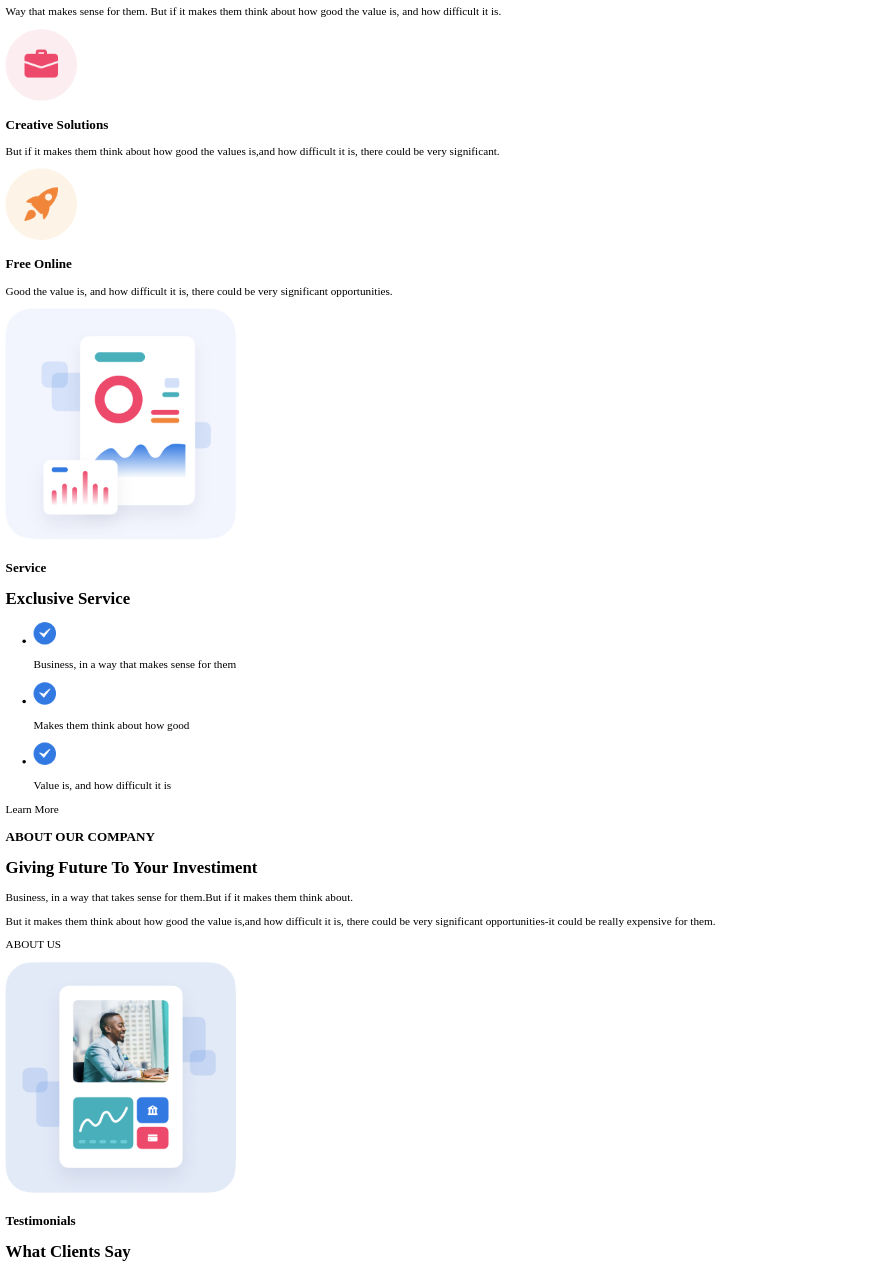
Repository: juniorAntunes910/Make-Money-Design-Avaliacao
Page: index.html
An editor plug-in stored every save of this project. The page is shown before and after a run of saves, followed by the edit.
The browser window is 1280 px wide. The pictures show the part of the page from y = 864 to 2784 px (the page is 2686 px tall before and 2784 px after), at 70% of full size.

Above is the page before, as saved 2026-03-12 10:17:52.

### index.html
<!DOCTYPE html>
<html lang="pt-br">

<head>
    <meta charset="UTF-8">
    <meta name="viewport" content="width=device-width, initial-scale=1.0">
    <title>Make Money</title>
    <link rel="stylesheet" href="style.css">
    <link rel="stylesheet" href="https://cdnjs.cloudflare.com/ajax/libs/font-awesome/6.5.1/css/all.min.css">
</head>

<body class="container">
    <header>
        <nav>
            <h1 id="header-title">
                <a href="#">
                    MNY
                </a>
            </h1>

            <div class="header-box-menu">
                <i class="fa-solid fa-bars"></i>
            </div>
        </nav>
    </header>

    <main>
        <section id="hero">
            <div id="hero-header">
                <h3 class="hero-header-subtitle">
                    MAKE MONEY
                </h3>

                <h2 class="hero-header-title">
                    Grow Your
                    Money Like
                    Never Before
                </h2>

                <p class="hero-header-description">
                    Business, in a way that makes sense for
                    them. But if it makes them think about how
                    good the value.
                </p>
            </div>

            <div id="hero-btn">
                <p>Get Started</p>
            </div>

            <div id="hero-img-box">
                <img src="Assets/Mobile/hero/main-content-img-manCoffe-Mobile.png" alt="Imagem de um homem com roupa de escritorio segurando um café com a mão esquerda, atras do homem há
                3 graficos indicando crescimento" id="hero-img-box-mobile">

            </div>
        </section>

        <section id="main-content">

            <div id="main-content-cards"><!--Estou usando como um container/box de cards-->

                <div class="main-content-card-box"><!--Primeiro "Card" Strong Security-->

                    <div class="main-content-card-box-img-box"><!--Imagem do card-->
                        <img src="Assets/Mobile/main-content/img-card-strong-mobile.png" alt="Imagem de uma bola azul cor #E6F7F8 com duas luvas de box estilo low poly, tambem azul porem
                        mais escuro #49AFBA" class="main-content-card-box-img-box-mobile">
                    </div><!--Fim da imagem do card-->

                    <div class="main-content-card-box-content"><!--Conteudo do card-->
                        <h3 class="main-content-card-box-content-title">
                            Strong Security
                        </h3>

                        <p class="main-content-card-box-content-description">
                            Way that makes sense for them. But if it
                            makes them think about how good the
                            value is, and how difficult it is.
                        </p>
                    </div><!--Fim do conteudo do card-->

                </div><!--Fim do Primeiro "Card" Strong security-->

                <div class="main-content-card-box"><!--Segundo "Card" Creative Solutiions-->

                    <div class="main-content-card-box-img-box"><!--Imagem do card-->
                        <img src="Assets/Mobile/main-content/img-card-creative-mobile.png"
                            alt="Imagem de uma bola vermelha cor #FCEDF0, com uma maleta estilo escritorio tambem vermelha #ED496B "
                            class="main-content-card-box-img-box-mobile">
                    </div><!--Fim da imagem do card-->

                    <div class="main-content-card-box-content"><!--Conteudo do card-->
                        <h3 class="main-content-card-box-content-title">
                            Creative Solutions
                        </h3>

                        <p class="main-content-card-box-content-description">
                            But if it makes them think about how
                            good the values is,and how difficult it is,
                            there could be very significant.
                        </p>
                    </div><!--Fim do conteudo do card-->

                </div><!--Fim do Segundo "Card" Creative Solutions-->

                <div class="main-content-card-box"><!--Terceiro "Card" Free Online-->

                    <div class="main-content-card-box-img-box"><!--Imagem do card-->
                        <img src="Assets/Mobile/main-content/img-card-free-mobile.png"
                            alt="Imagem de uma bola amarela cor #FDF3E6, com um foguete tambem amarelo #F1863B "
                            class="main-content-card-box-img-box-mobile">
                    </div><!--Fim da imagem do card-->

                    <div class="main-content-card-box-content"><!--Conteudo do card-->
                        <h3 class="main-content-card-box-content-title">
                            Free Online
                        </h3>

                        <p class="main-content-card-box-content-description">
                            Good the value is, and how difficult it is,
                            there could be very significant
                            opportunities.
                        </p>
                    </div><!--Fim do conteudo do card-->

                </div><!--Fim do Terceiro "Card" Free online-->
            </div><!--Fimd o container card Box-->

            <div class="line-division"></div><!--Linha de divisão entre main-content e service-->

        </section>

        <section id="service">

            <div id="service-img-box">
                <img src="Assets/Mobile/service/img-service-graph-mobile.png" alt="Imagem de dois graficos minimalistas, um grafico sendo o maior e possuindo varios graficos
                dentro da seu espaço e um grafico menor sendo de barras" id="img-service-mobile">
            </div>

            <div class="service-content">
                <div class="service-content-header">
                    <h3 class="service-content-subtitle">
                        Service
                    </h3>

                    <h2 class="service-content-title">
                        Exclusive
                        Service
                    </h2>
                </div>

                <div class="service-content-avaiable">
                    <ul>
                        <li>
                            <div class="service-content-avaiable-img-box">
                                <img src="Assets/Mobile/service/img-service-avaiable-mobile.png"
                                    alt="Imagem de uma bola azul com um simbolo de certo/correto branco no centro"
                                    class="img-avaiable-mobile">
                            </div>
                            <p>
                                Business, in a way that makes
                                sense for them
                            </p>
                        </li>

                        <li>
                            <div class="service-content-avaiable-img-box">
                                <img src="Assets/Mobile/service/img-service-avaiable-mobile.png"
                                    alt="Imagem de uma bola azul com um simbolo de certo/correto branco no centro"
                                    class="img-avaiable-mobile">
                            </div>
                            <p>
                                Makes them think about how
                                good
                            </p>
                        </li>

                        <li>
                            <div class="service-content-avaiable-img-box">
                                <img src="Assets/Mobile/service/img-service-avaiable-mobile.png"
                                    alt="Imagem de uma bola azul com um simbolo de certo/correto branco no centro"
                                    class="img-avaiable-mobile">
                            </div>
                            <p>
                                Value is, and how difficult it is
                            </p>
                        </li>
                    </ul>

                    <div id="service-content-avaiable-btn">
                        <p>
                            Learn More
                        </p>
                    </div>
                </div>
            </div>
        </section>

        <section id="about">
            <div class="about-header">
                <h3 class="about-header-subtitle">
                    ABOUT OUR COMPANY
                </h3>

                <h2 class="about-header-title">
                    Giving Future To
                    Your Investiment
                </h2>

                <p class="about-header-description">
                    Business, in a way that takes
                    sense for them.But if it makes
                    them think about.
                </p>

                <p class="about-header-subdescription">
                    But it makes them think about how good
                    the value is,and how difficult it is, there
                    could be very significant opportunities-it
                    could be really expensive for them.
                </p>

                <div class="about-header-btn">
                    <p>ABOUT US</p>
                </div>
            </div>

            <div id="about-img-box">
                <img src="Assets/Mobile/about/img-about-office-mobile.png"
                alt="imagem dividida em 4 elementos sendo a primeira em cima e maior
                com a foto de um trabalhador de escritorio sorrindo enquanto usa seu computador, abaixo na esquerda um grafico subindo, na direita
                possui duas imagem uma em cima da outra sendo a de cima um icone de banco e a de baixo um icone de cartao"
                class="about-img-box-img-mobile"
                >
            </div>
        </section>

        <section id="testimonials">
            <div id="testimonials-header">
                <h3 class="testimonials-header-subtitle">
                    Testimonials
                </h3>
                <h2 class="testimonials-header-title">
                    What Clients
                    Say
                </h2>
            </div>

            <div id="testimonials-cards-box"><!--Box de cards testimonial-->

                <div class="testimonials-cards-box-card">

                    <div class="testimonials-cards-box-card-header">
                        <div class="testimonials-cards-box-card-header-">

                        </div>
                    </div>

                </div>

            </div>
        </section>

    </main>
    <footer>

    </footer>
</body>

</html>

Loaded but not shown: style.css (no copy from this time; the picture is the same without it)

After the next 7 saves:
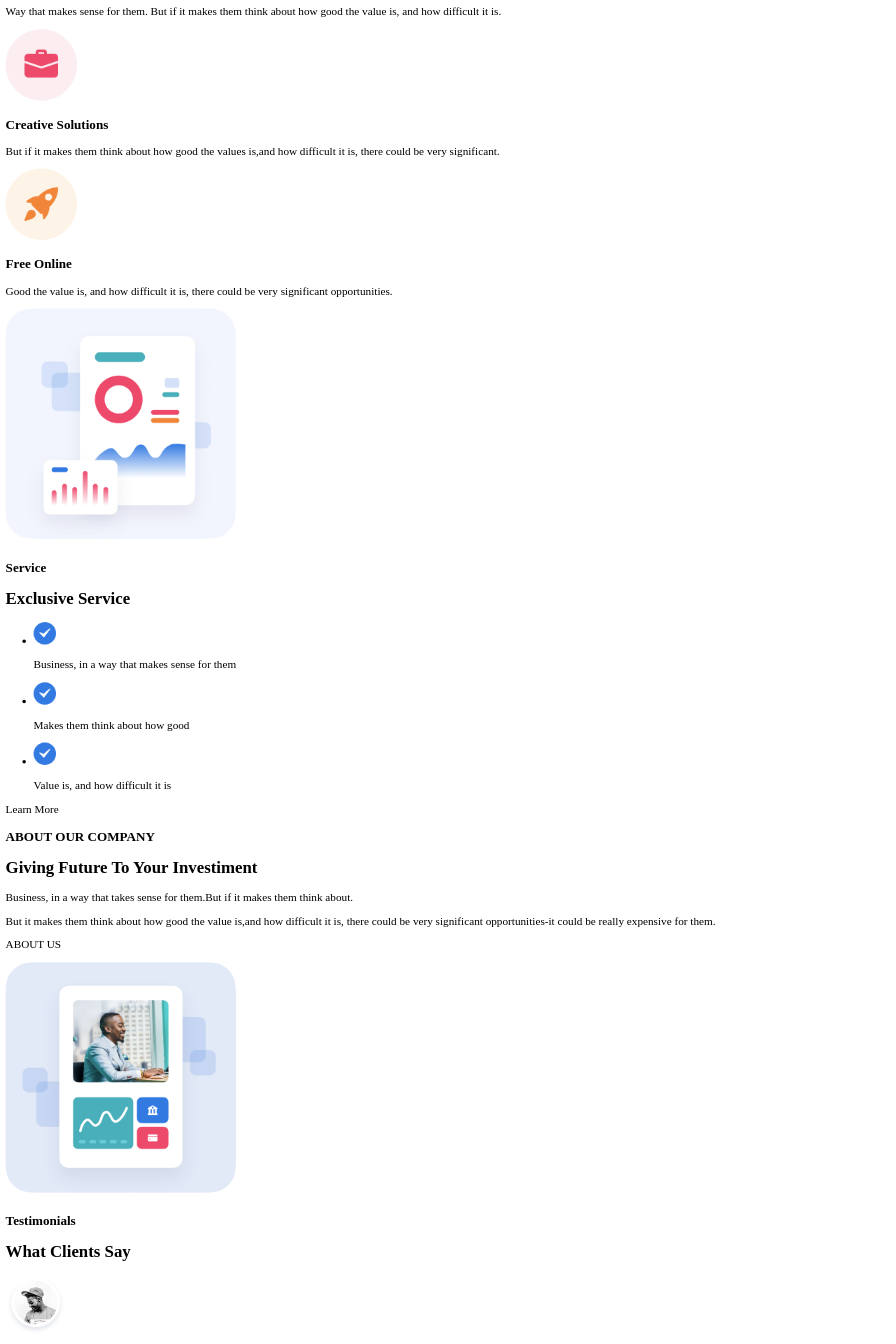
The 7 saves are shown as one change because they came seconds apart.
The last was saved 19 s later.
--- a/index.html
+++ b/index.html
@@ -250,8 +250,9 @@
                 <div class="testimonials-cards-box-card">
 
                     <div class="testimonials-cards-box-card-header">
-                        <div class="testimonials-cards-box-card-header-">
-
+                        <div class="testimonials-cards-box-card-header-img-person">
+                            <img src="Assets/Mobile/testimonials/persons/img-person1-mobile.png"
+                            alt="">
                         </div>
                     </div>
 
